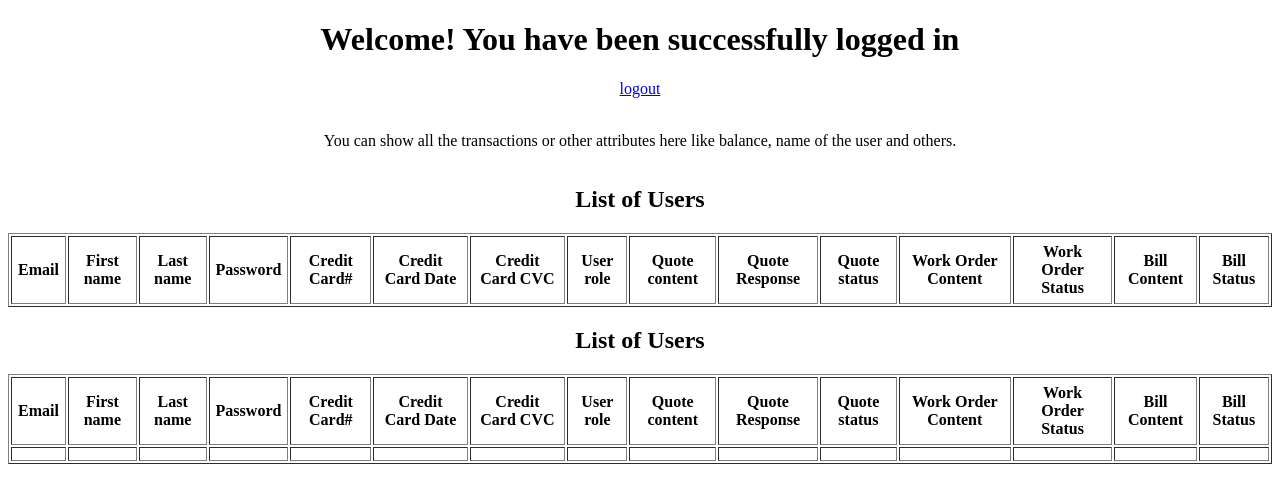
Repository: jacknishanian/Database-project
Page: http://localhost/database/activitypage.jsp
These files come from the project's save history. The page is drawn as it stood at one moment and after the next save; the edit follows.
The browser window is 1280 px wide. The pictures show the whole page.
The page is served by Tomcat 9. Other server files are loaded and not shown.

Above is the page before, as saved 2023-10-18 03:12:45.

### database/WebContent/activitypage.jsp
<%@ page language="java" contentType="text/html; charset=ISO-8859-1"
    pageEncoding="ISO-8859-1"%>
<%@ taglib uri="http://java.sun.com/jsp/jstl/core" prefix="c" %>

<!DOCTYPE html>
<html>
<head>
<meta charset="ISO-8859-1">
<title>Activity page</title>
</head>

<center><h1>Welcome! You have been successfully logged in</h1> </center>


	<body>
	 <center>
		 <a href="login.jsp"target ="_self" > logout</a><br><br>
		 <p> You can show all the transactions or other attributes here like balance, name of the user and others.</p>


		 <table border="1" cellpadding="6">
            <caption><h2>List of Users</h2></caption>
            <tr>
                <th>Email</th>
                <th>First name</th>
                <th>Last name</th>
                <th>Password</th>
                <th>Credit Card#</th>
                <th>Credit Card Date</th>
                <th>Credit Card CVC</th>
                <th>User role</th>
                <th>Quote content</th>
                <th>Quote Response</th>
                <th>Quote status</th>
                <th>Work Order Content</th>
                <th>Work Order Status</th>
                <th>Bill Content</th>
                <th>Bill Status</th>

            </tr>
            <c:forEach var="user" items="${listUser}">
                <tr style="text-align:center">
                    <td><c:out value="${user.email}" /></td>
                    <td><c:out value="${user.firstName}" /></td>
                    <td><c:out value="${user.lastName}" /></td>
                    <td><c:out value="${user.password}" /></td>
                    <td><c:out value="${user.card_num}" /></td>
                    <td><c:out value="${user.card_date}" /></td>
                    <td><c:out value="${user.card_cvc}" /></td>
                    <td><c:out value="${user.role}" /></td>
                    <td><c:out value="${user.quotes_content}" /></td>
                    <td><c:out value="${user.quotes_response}"/></td>
                    <td><c:out value="${user.quotes_status}" /></td>
                    <td><c:out value="${user.work_order_content}" /></td>
                    <td><c:out value="${user.work_order_status}" /></td>
                    <td><c:out value="${user.bill_of_work_content}"/></td>
                    <td><c:out value="${user.bill_of_work_status}" /></td>

            </c:forEach>
        </table>


            <table border="1" cellpadding="6">
            <caption><h2>List of Users</h2></caption>
            <tr>
                <th>Email</th>
                <th>First name</th>
                <th>Last name</th>
                <th>Password</th>
                <th>Credit Card#</th>
                <th>Credit Card Date</th>
                <th>Credit Card CVC</th>
                <th>User role</th>
                <th>Quote content</th>
                <th>Quote Response</th>
                <th>Quote status</th>
                <th>Work Order Content</th>
                <th>Work Order Status</th>
                <th>Bill Content</th>
                <th>Bill Status</th>

            </tr>



            <tr style="text-align:center">
                    <td><c:out value="${user.email}" /></td>
                    <td><c:out value="${user.firstName}" /></td>
                    <td><c:out value="${user.lastName}" /></td>
                    <td><c:out value="${user.password}" /></td>
                    <td><c:out value="${user.card_num}" /></td>
                    <td><c:out value="${user.card_date}" /></td>
                    <td><c:out value="${user.card_cvc}" /></td>
                    <td><c:out value="${user.role}" /></td>
                    <td><c:out value="${user.quotes_content}" /></td>
                    <td><c:out value="${user.quotes_response}"/></td>
                    <td><c:out value="${user.quotes_status}" /></td>
                    <td><c:out value="${user.work_order_content}" /></td>
                    <td><c:out value="${user.work_order_status}" /></td>
                    <td><c:out value="${user.bill_of_work_content}"/></td>
                    <td><c:out value="${user.bill_of_work_status}" /></td>




        </table>

		 </center>
	</body>
</html>

After the next save:
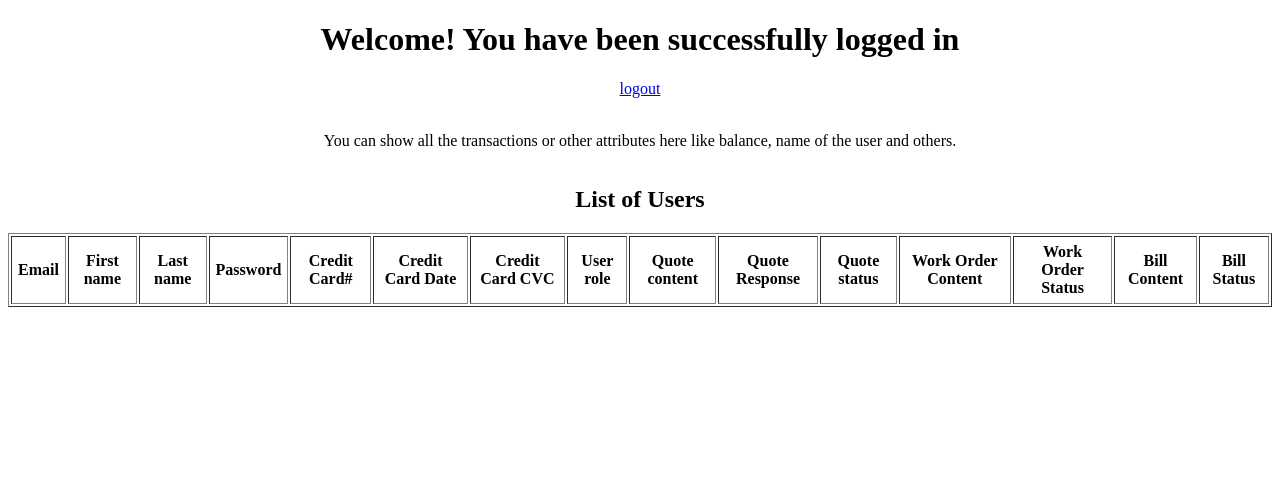
Saved 34 s later.
--- a/database/WebContent/activitypage.jsp
+++ b/database/WebContent/activitypage.jsp
@@ -60,51 +60,6 @@
         </table>
 
 
-            <table border="1" cellpadding="6">
-            <caption><h2>List of Users</h2></caption>
-            <tr>
-                <th>Email</th>
-                <th>First name</th>
-                <th>Last name</th>
-                <th>Password</th>
-                <th>Credit Card#</th>
-                <th>Credit Card Date</th>
-                <th>Credit Card CVC</th>
-                <th>User role</th>
-                <th>Quote content</th>
-                <th>Quote Response</th>
-                <th>Quote status</th>
-                <th>Work Order Content</th>
-                <th>Work Order Status</th>
-                <th>Bill Content</th>
-                <th>Bill Status</th>
-
-            </tr>
-
-
-
-            <tr style="text-align:center">
-                    <td><c:out value="${user.email}" /></td>
-                    <td><c:out value="${user.firstName}" /></td>
-                    <td><c:out value="${user.lastName}" /></td>
-                    <td><c:out value="${user.password}" /></td>
-                    <td><c:out value="${user.card_num}" /></td>
-                    <td><c:out value="${user.card_date}" /></td>
-                    <td><c:out value="${user.card_cvc}" /></td>
-                    <td><c:out value="${user.role}" /></td>
-                    <td><c:out value="${user.quotes_content}" /></td>
-                    <td><c:out value="${user.quotes_response}"/></td>
-                    <td><c:out value="${user.quotes_status}" /></td>
-                    <td><c:out value="${user.work_order_content}" /></td>
-                    <td><c:out value="${user.work_order_status}" /></td>
-                    <td><c:out value="${user.bill_of_work_content}"/></td>
-                    <td><c:out value="${user.bill_of_work_status}" /></td>
-
-
-
-
-        </table>
-
 		 </center>
 	</body>
 </html>

After the save that followed:
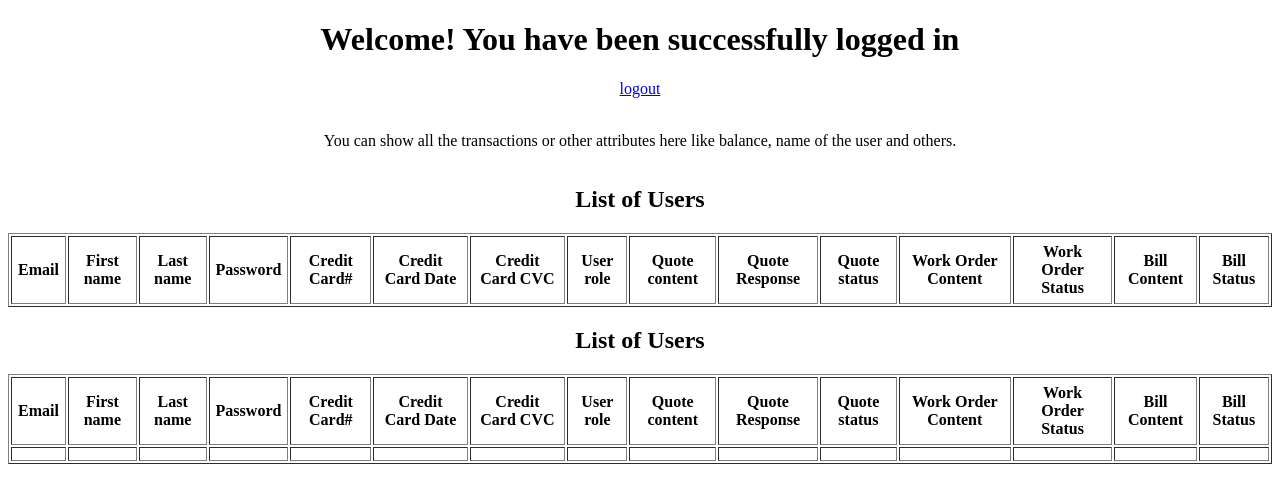
Saved 6 s later.
--- a/database/WebContent/activitypage.jsp
+++ b/database/WebContent/activitypage.jsp
@@ -60,6 +60,51 @@
         </table>
 
 
+            <table border="1" cellpadding="6">
+            <caption><h2>List of Users</h2></caption>
+            <tr>
+                <th>Email</th>
+                <th>First name</th>
+                <th>Last name</th>
+                <th>Password</th>
+                <th>Credit Card#</th>
+                <th>Credit Card Date</th>
+                <th>Credit Card CVC</th>
+                <th>User role</th>
+                <th>Quote content</th>
+                <th>Quote Response</th>
+                <th>Quote status</th>
+                <th>Work Order Content</th>
+                <th>Work Order Status</th>
+                <th>Bill Content</th>
+                <th>Bill Status</th>
+
+            </tr>
+
+
+
+            <tr style="text-align:center">
+                    <td><c:out value="${user.email}" /></td>
+                    <td><c:out value="${user.firstName}" /></td>
+                    <td><c:out value="${user.lastName}" /></td>
+                    <td><c:out value="${user.password}" /></td>
+                    <td><c:out value="${user.card_num}" /></td>
+                    <td><c:out value="${user.card_date}" /></td>
+                    <td><c:out value="${user.card_cvc}" /></td>
+                    <td><c:out value="${user.role}" /></td>
+                    <td><c:out value="${user.quotes_content}" /></td>
+                    <td><c:out value="${user.quotes_response}"/></td>
+                    <td><c:out value="${user.quotes_status}" /></td>
+                    <td><c:out value="${user.work_order_content}" /></td>
+                    <td><c:out value="${user.work_order_status}" /></td>
+                    <td><c:out value="${user.bill_of_work_content}"/></td>
+                    <td><c:out value="${user.bill_of_work_status}" /></td>
+
+
+
+
+        </table>
+
 		 </center>
 	</body>
 </html>
